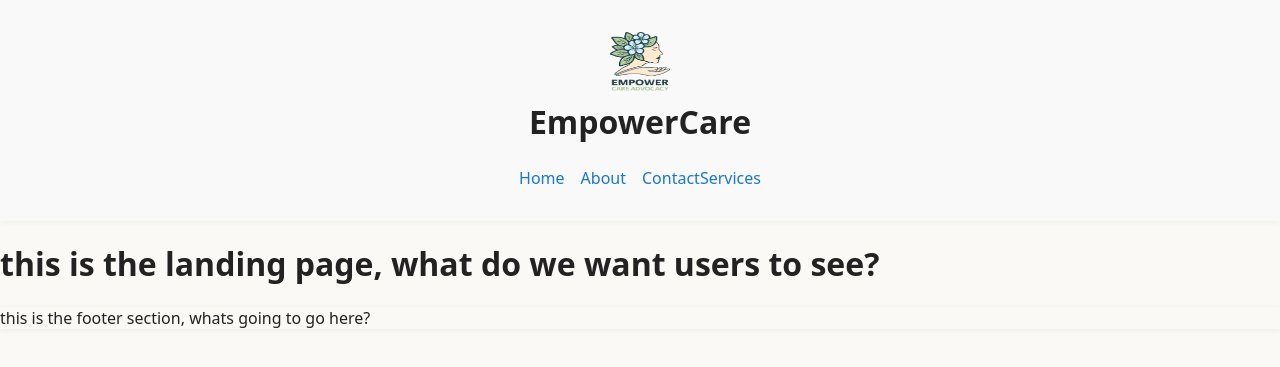
Repository: mcamarco/empowercare
Page: /
These files come from the project's save history. The page is drawn as it stood at one moment and after a run of saves; the edit follows.
The browser window is 1280 px wide. The pictures show the whole page.
The project was rebuilt for these pictures with package versions that can differ from the ones it lists, and the page was loaded fresh each time. The framework's server and built-in components were replaced by stand-ins that run in the browser. Also part of the build but not shown: next.config.ts.

Above is the page before, as saved 2025-05-29 12:32:19.

After the next 2 saves:
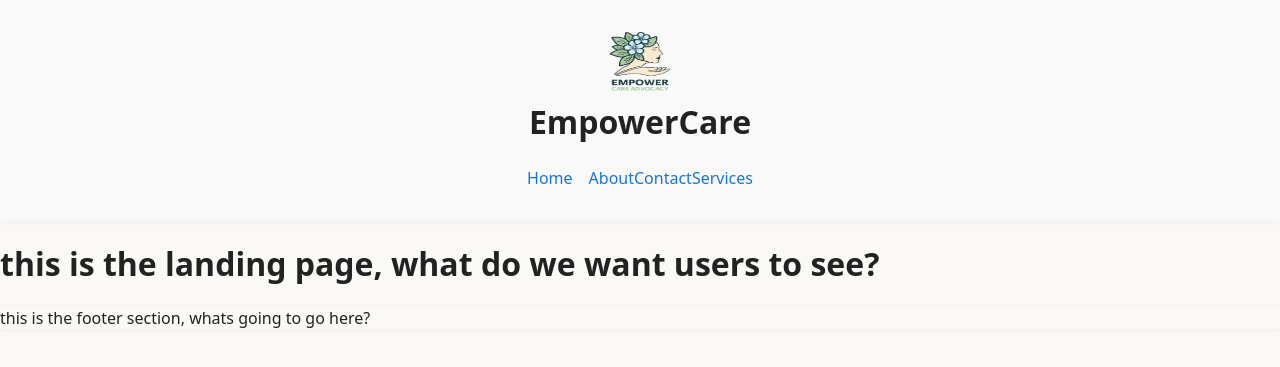
The 2 saves are shown as one change because they came seconds apart.
The last was saved 12 s later.
--- a/src/components/Navigation.tsx
+++ b/src/components/Navigation.tsx
@@ -4,7 +4,7 @@ export default function Navigation() {
   return (
     <nav style={{ marginTop: "1rem" }}>
       <Link href="/" style={{ marginRight: "1rem" }}>Home</Link>
-      <Link href="/about" style={{ marginRight: "1rem" }}>About</Link>
+      <Link href="/about">About</Link>
       <Link href="/contact">Contact</Link>
       <Link href="/services">Services</Link>
     </nav>
